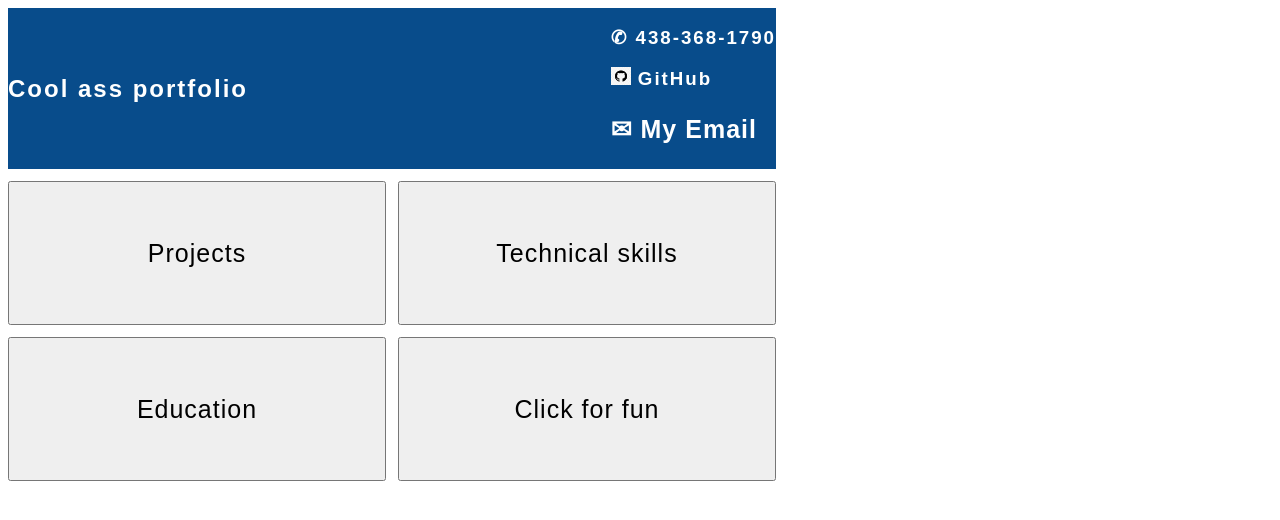
Repository: zackaroo20/zackaroo20
Page: index.html
These files come from the project's save history. The page is drawn as it stood at one moment and after the next save; the edit follows.
The browser window is 1280 px wide. The pictures show the whole page.

Above is the page before, as saved 2026-05-13 11:03:53.

After the next save:
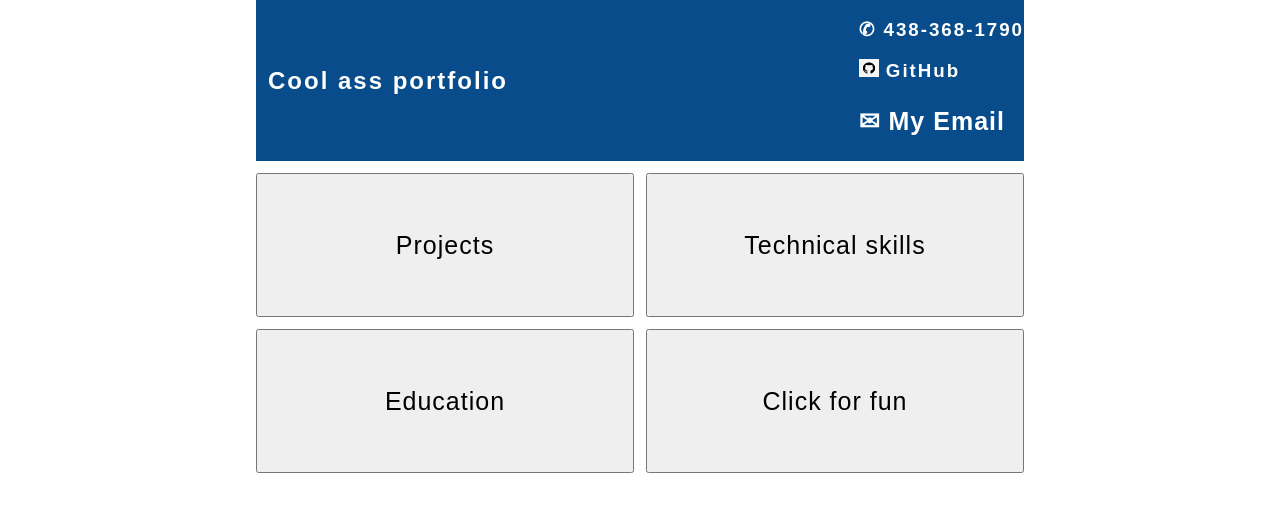
Saved 5 min 46 s later.
--- a/styles/index.css
+++ b/styles/index.css
@@ -1,18 +1,11 @@
 @page {
   size: A4;
-  margin: 1cm;
 }
 @media screen and (min-width: 700px) {
-  body,
-  head {
-
-    .container {
+  body {
+    max-width: 768px;
+    margin: 0 auto;
     padding: 0 1rem;
-    margin: 0 auto;
-  }
-    /* custom styles */
-
-    max-width: 768px;
   }
 }
 
@@ -30,7 +23,7 @@ header {
   display: flex;
 
   justify-content: center;
-  margin-left: 12px b;
+  margin-left: 12px;
 }
 p {
   font-family: Arial, Helvetica, sans-serif;
@@ -39,11 +32,9 @@ p {
 }
 
 section {
-
   display: grid;
   grid-template-columns: repeat(2, 1fr);
   gap: 12px;
-
 }
 img {
   background-color: transparent;
@@ -57,13 +48,10 @@ h3 a {
   color: inherit;
 }
 button {
-
-
   height: 20vh;
   width: 100%;
 }
 .container {
   width: 100%;
-  max-width: 1200px;
   margin: 0 auto;
 }
